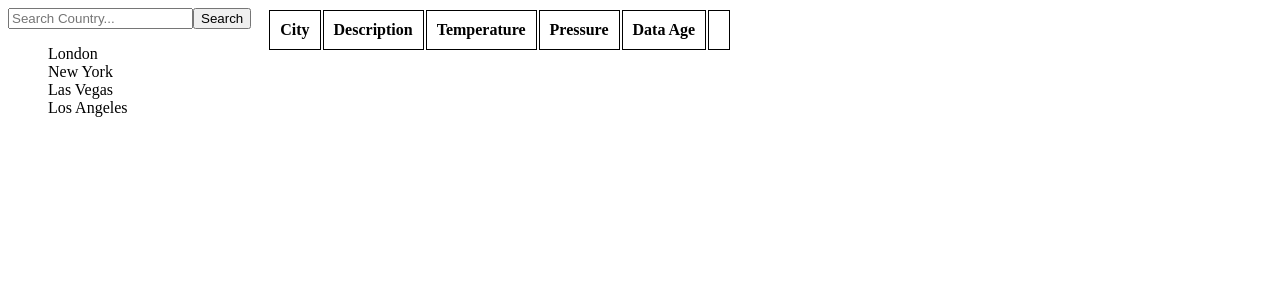
Repository: hey-shubham/WeatherAPI
Page: index.html
These files come from the project's save history. The page is drawn as it stood at one moment and after a run of saves; the edit follows.
The browser window is 1280 px wide. The pictures show the whole page.

Above is the page before, as saved 2022-03-02 21:50:39.

After the next 2 saves:
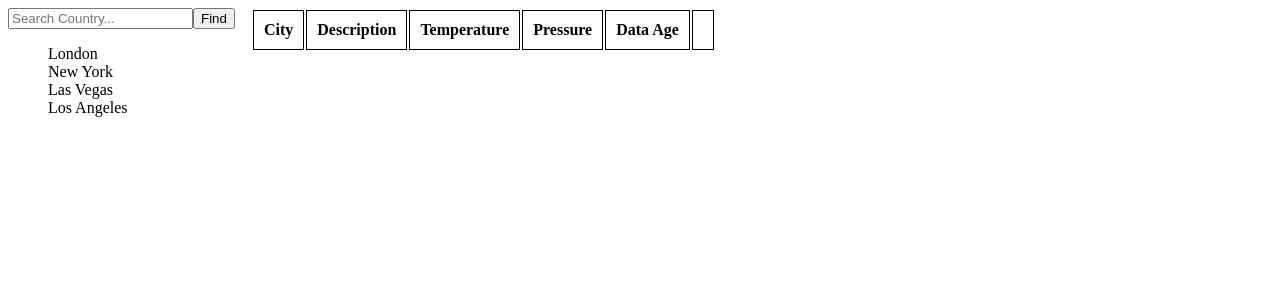
The 2 saves are shown as one change because they came seconds apart.
The last was saved 52 s later.
--- a/index.html
+++ b/index.html
@@ -7,7 +7,7 @@
   <body>
     <div>
       <input type="text" placeholder="Search Country..." /><button>
-        Search
+        Find
       </button>
       <ul>
         <li>London</li>
